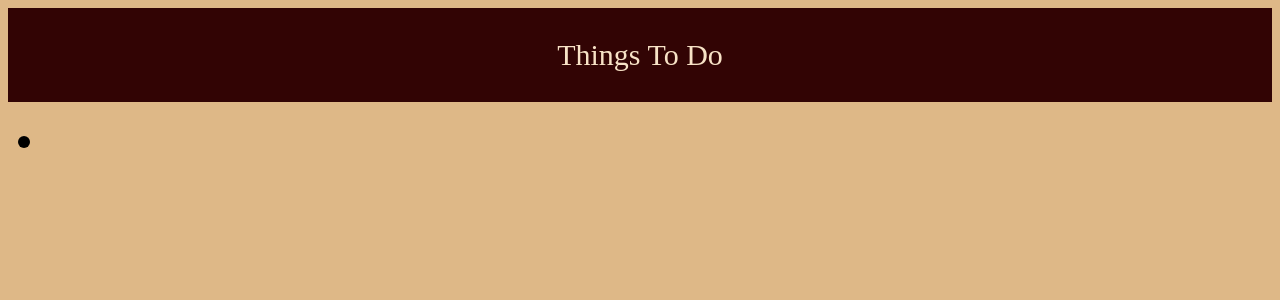
Repository: riya10483/pomodoro
Page: todo.html
The author's editor kept a copy of each file at every save. The page is drawn from the files as they stood at one save, then again after a run of saves.
The browser window is 1280 px wide. The pictures show the whole page.
Some web fonts or font styles are not loaded; a fallback is used.

Above is the page before, as saved 2024-09-28 18:52:53.

After the next 3 saves:
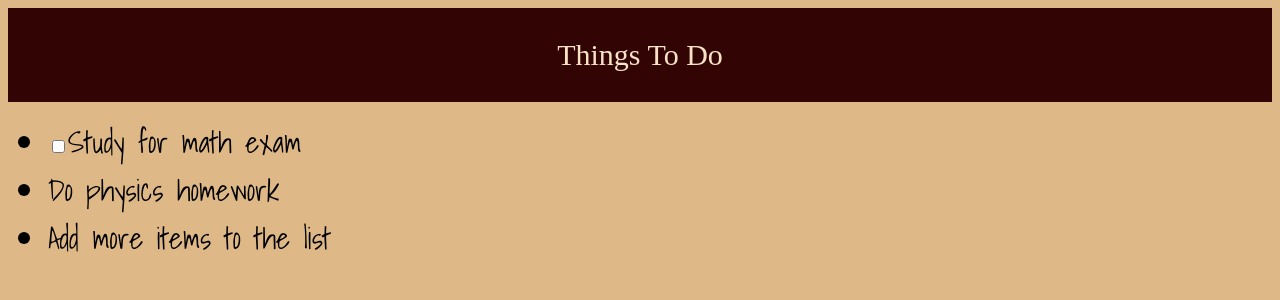
The 3 saves are shown as one change because they came seconds apart.
The last was saved 2 min 40 s later.
--- a/todo.html
+++ b/todo.html
@@ -18,7 +18,7 @@
 <body>
     <div id="header">Things To Do</div>
     <ul>
-        <li><input type="Study for math exam</li>
+        <li><input type="checkbox">Study for math exam</li>
         <li>Do physics homework</li>
         <li>Add more items to the list</li>
     </ul>
